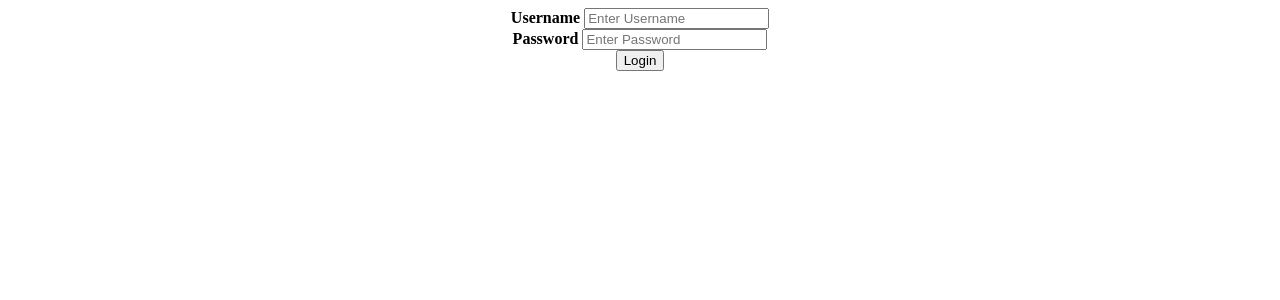
Repository: Thirumalaivasan01/eclipse-workspace
Page: http://localhost/assignment-calculator/login.jsp
The author's editor kept a copy of each file at every save. The page is drawn from the files as they stood at one save, then again after the next save.
The browser window is 1280 px wide. The pictures show the whole page.
The page is served by Tomcat 9. Other server files are loaded and not shown.

Above is the page before, as saved 2022-04-12 16:57:35.

### assignment-calculator/src/main/webapp/login.jsp
<%@ page language="java" contentType="text/html; charset=UTF-8"
	pageEncoding="UTF-8"%>
<!DOCTYPE html PUBLIC "-//W3C//DTD HTML 4.01 Transitional//EN" "http://www.w3.org/TR/html4/loose.dtd">
<html>
<head>
<meta http-equiv="Content-Type" content="text/html; charset=UTF-8">
<title>Insert title here</title>
</head>
<body>
	<center>
		<form action="home.jsp">
			<label for="uname"><b>Username</b></label> <input type="text"
				placeholder="Enter Username" name="uname" required><br>
			<label for="psw"><b>Password</b></label> <input type="password"
				placeholder="Enter Password" name="psw" required><br>
			<button type="submit">Login</button>

		</form>
	</center>
</body>
</html>

After the next save:
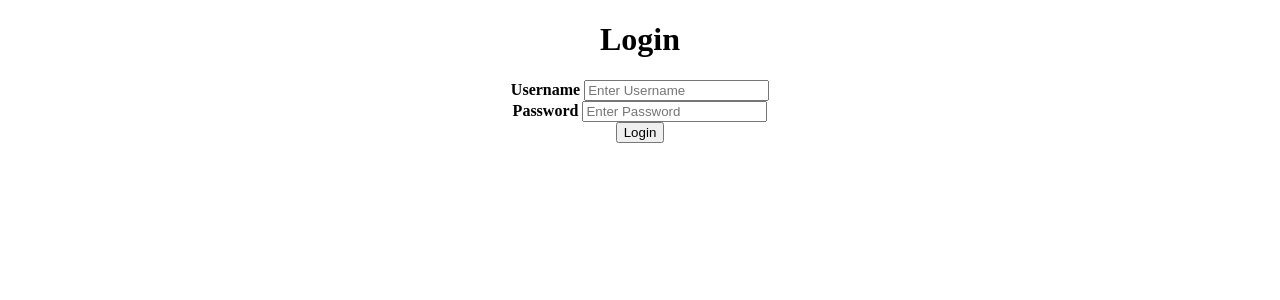
Saved 3 min 36 s later.
--- a/assignment-calculator/src/main/webapp/login.jsp
+++ b/assignment-calculator/src/main/webapp/login.jsp
@@ -8,6 +8,7 @@
 </head>
 <body>
 	<center>
+	<h1>Login</h1>
 		<form action="home.jsp">
 			<label for="uname"><b>Username</b></label> <input type="text"
 				placeholder="Enter Username" name="uname" required><br>
